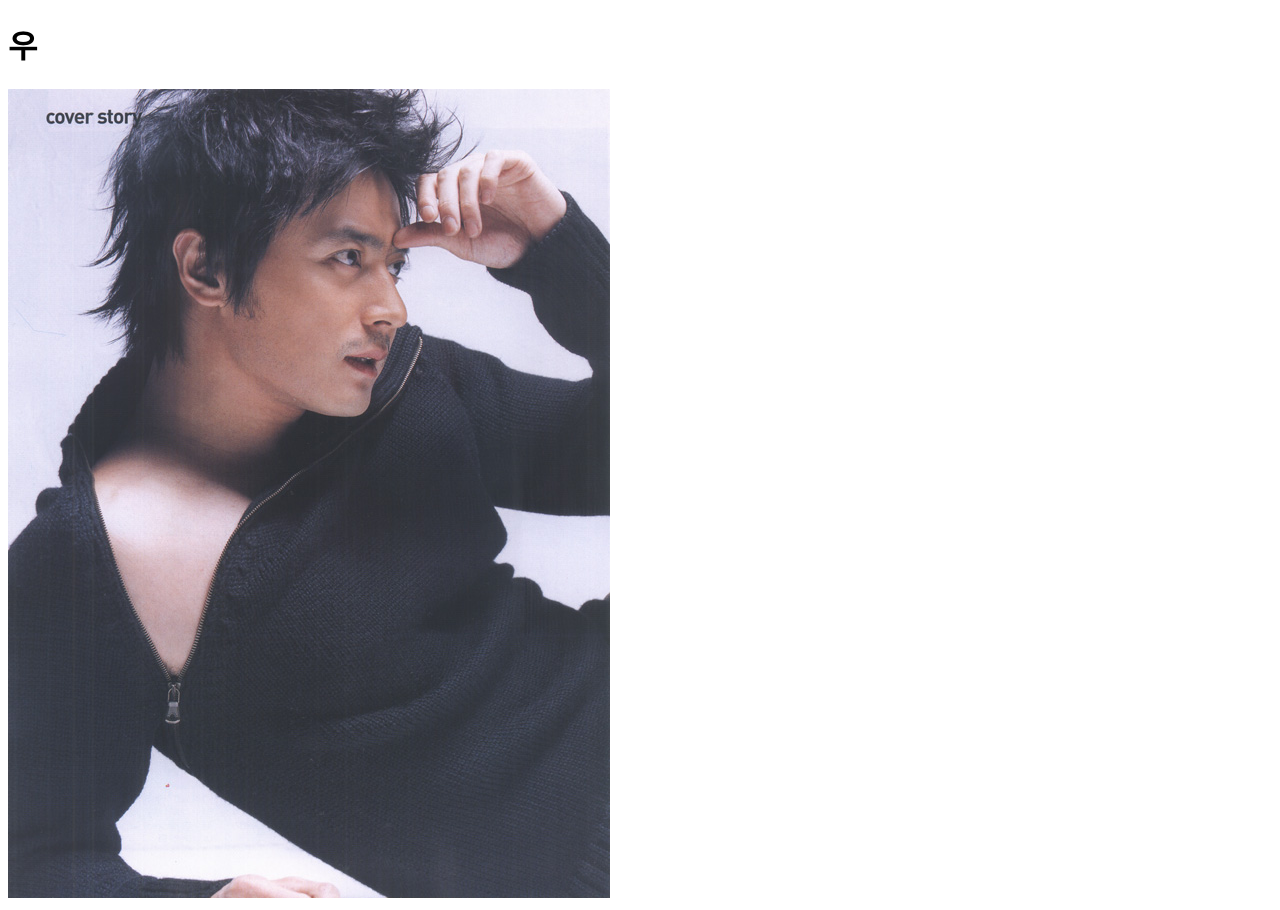
Repository: snowcuphea/webwork_class
Page: clientweb/WebContent/js_basic/js_switch_test.html
An editor plug-in stored every save of this project. The page is shown before and after the next save, followed by the edit.
The browser window is 1280 px wide. The pictures show the whole page.

Above is the page before, as saved 2020-01-07 03:45:01.

### clientweb/WebContent/js_basic/js_switch_test.html
<!DOCTYPE html>
<html>
<head>
<meta charset="EUC-KR">
<title>Insert title here</title>
</head>
<body>
<script type="text/javascript">

jumsu = 60;
if(jumsu<0 && jumsu >100){
	alert("잘못 입력");
}else if(jumsu>=80){
	ch = '수';
}else if(jumsu>=60 && jumsu<80){
	ch = '우';
}else if(jumsu>=40 && jumsu<60){
	ch = '미';
}else if(jumsu>=20 && jumsu<40){
	ch = '양';
}else{
	ch = '가'
}
switch(ch){

case '수' :
	document.write("<h1>환영합니다.</h1>"+ch);
	document.write("<img src = '../images/jang1.jpg'/>");
	break;
case '우' :
	document.write("<h1>우</h1>");
	document.write("<img src = '../images/jang1.jpg'/>");
	break;
case '미' :
	document.write("<h1>미</h1>");
	document.write("<img src = '../images/jang1.jpg'/>");
	break;
case '양' :
	document.write("<h1>양</h1>");
	document.write("<img src = '../images/jang1.jpg'/>");
	break;
case '가' :
	document.write("<h1>가</h1>");
	document.write("<img src = '../images/jang1.jpg'/>");
	break;



}

</script>

</body>
</html>

After the next save:
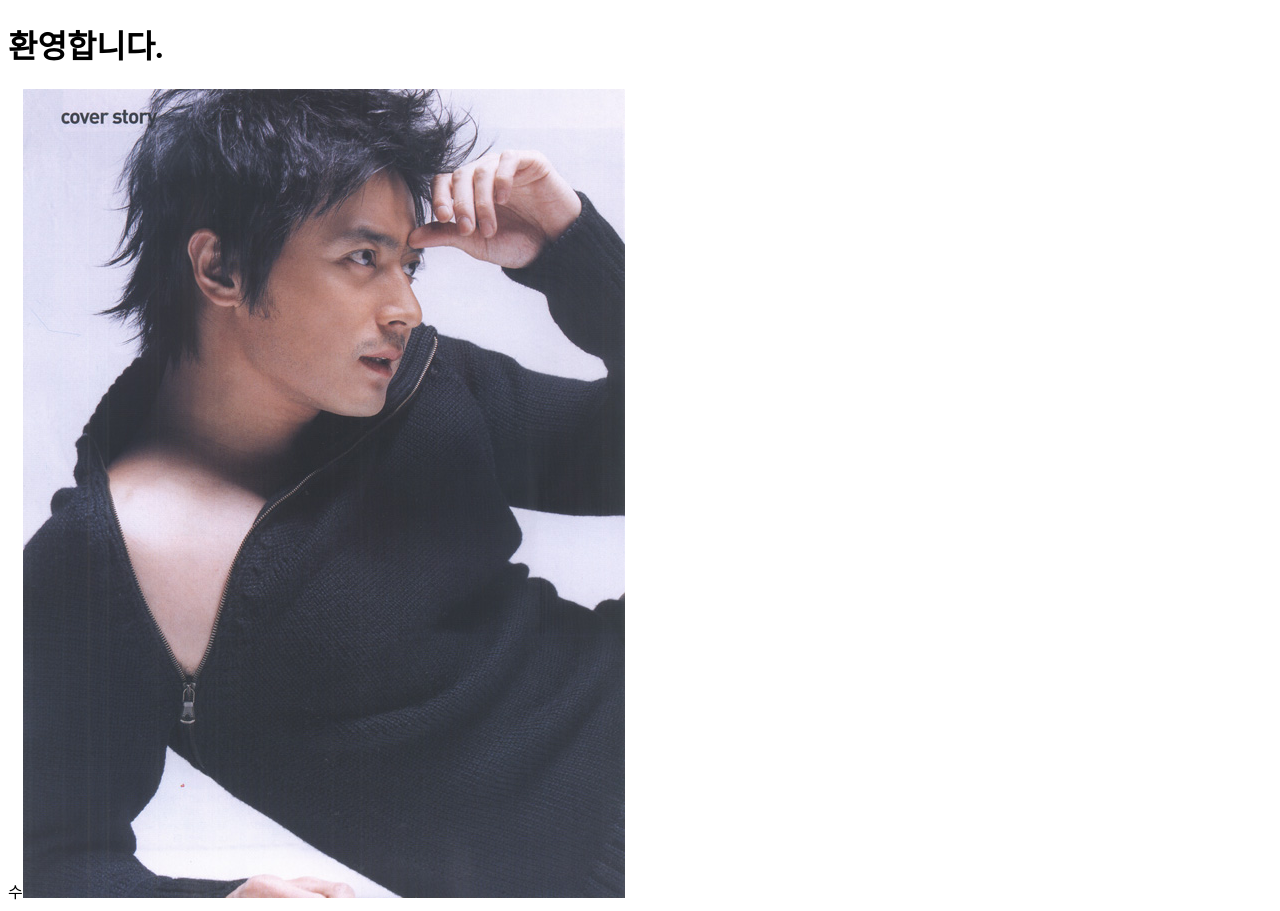
Saved 12 s later.
--- a/clientweb/WebContent/js_basic/js_switch_test.html
+++ b/clientweb/WebContent/js_basic/js_switch_test.html
@@ -7,7 +7,7 @@
 <body>
 <script type="text/javascript">
 
-jumsu = 60;
+jumsu = 100;
 if(jumsu<0 && jumsu >100){
 	alert("잘못 입력");
 }else if(jumsu>=80){
